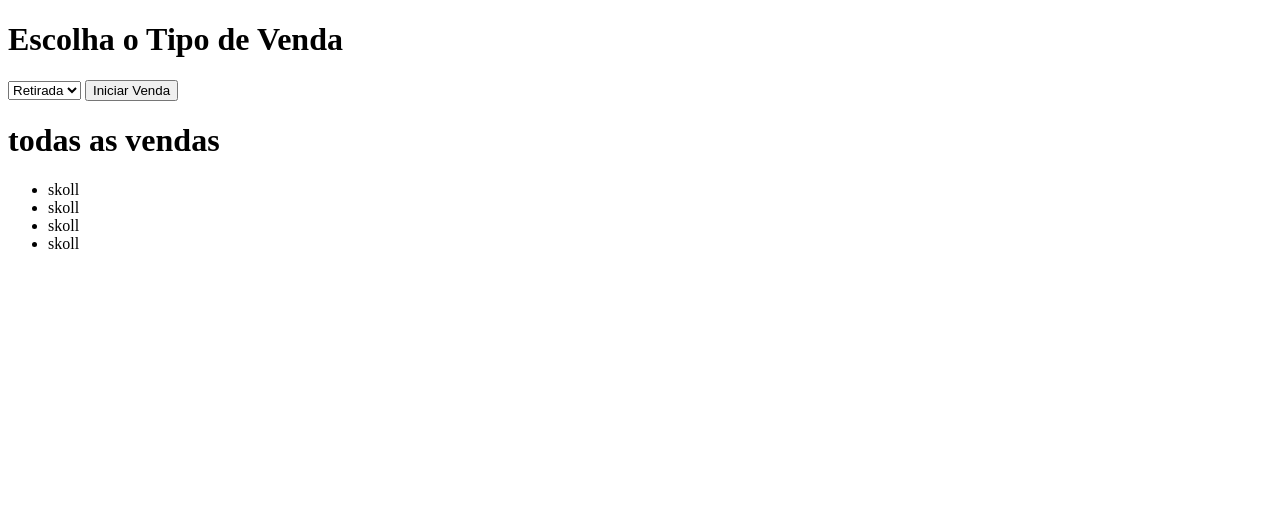
Repository: joaobatistafrontend/ven
Page: http://localhost/
An editor plug-in stored every save of this project. The page is shown before and after the next save, followed by the edit.
The browser window is 1280 px wide. The pictures show the whole page.
The page is served by the project's application, run on Django 4.2 (manage.py). Other server files are loaded and not shown. The page reads the database file committed with the project.

Above is the page before, as saved 2024-08-20 14:36:25.

### templates/index.html
<!DOCTYPE html>
<html lang="en">
<head>
    <meta charset="UTF-8">
    <meta name="viewport" content="width=device-width, initial-scale=1.0">
    <title>Document</title>
</head>
<body>
    <h1>Escolha o Tipo de Venda</h1>
    <form method="post">
        {% csrf_token %}
        <select name="tipo_venda">
            {% for tipo in tipo_venda %}
                <option value="{{ tipo.id }}">{{ tipo.tipo }}</option>
            {% endfor %}
        </select>
        <button type="submit">Iniciar Venda</button>
    </form>

    <h1>todas as vendas </h1>
    <ul>
        {% for venda in todas_vendas %}
            <li>{{venda.produto.nome_produto}}</li>
        {% endfor %}
    </ul>
</body>
</html>

### core/models.py
from django.db import models
from django.db.models.signals import pre_save
from django.dispatch import receiver
from datetime import date

class NovaCategoria(models.Model):
    nome = models.CharField(max_length=100)

    def __str__(self) -> str:
        return f'{self.nome}'



class TipoVenda(models.Model):  # Renomeado para seguir convenção de nomenclatura
    tipo = models.CharField(max_length=100, null=True, blank=True)

    def __str__(self):
        return self.tipo

class Produto(models.Model):
    nome_produto = models.CharField(max_length=100, blank=True, null=True)
    valor = models.DecimalField(max_digits=10, decimal_places=2, blank=True, null=True)
    tipo_categoria = models.ForeignKey(NovaCategoria, on_delete=models.CASCADE)

    def __str__(self):
        return f"{self.nome_produto} - {self.tipo_categoria.nome} - R${self.valor}"

class Carrinho(models.Model):
    produto = models.ForeignKey(Produto, on_delete=models.CASCADE)
    qtd = models.IntegerField(default=1)

    def __str__(self):
        return f"{self.produto.nome_produto} - {self.qtd} unidades"

class Venda(models.Model):
    # Campos do modelo
    tipo_venda = models.ForeignKey(TipoVenda, on_delete=models.CASCADE)
    data_venda = models.DateTimeField(auto_now_add=True)
    identificador_unico = models.AutoField(primary_key=True)  # Ou utilize 'id' se for o padrão

    def __str__(self):
        return str(self.identificador_unico)

class VendaDoProduto(models.Model):
    venda = models.ForeignKey(Venda, on_delete=models.CASCADE, related_name='itens')
    produto = models.ForeignKey(Produto, on_delete=models.CASCADE)
    qtd = models.IntegerField(blank=True, null=True)
    total = models.DecimalField(max_digits=10, decimal_places=2, blank=True, null=True)

    def __str__(self):
        return f"{self.produto.nome_produto} - {self.qtd} unidades - Total: R${self.total}"

@receiver(pre_save, sender=VendaDoProduto)
def update_total(sender, instance, **kwargs):
    if instance.produto.valor and instance.qtd:
        instance.total = instance.produto.valor.valor * instance.qtd
    else:
        instance.total = 0

class EntregaBairro(models.Model):
    bairro = models.CharField(max_length=100)
    valor = models.DecimalField(max_digits=10, decimal_places=2, blank=True, null=True)

    def __str__(self):
        return f'{self.bairro} - R${self.valor}'

class Entregador(models.Model):
    nome = models.CharField(max_length=100, null=True, blank=True)
    telefone = models.IntegerField(blank=True, null=True)
    veiculo = models.CharField(max_length=100, null=True, blank=True)
    placa = models.CharField(max_length=100, null=True, blank=True)

    def __str__(self):
        return f"{self.nome} - {self.veiculo} {self.placa}"

class Atendente(models.Model):
    nome = models.CharField(max_length=100, null=True, blank=True)

    def __str__(self):
        return f"{self.nome}"

class DadosEntrega(models.Model):
    venda = models.OneToOneField(Venda, on_delete=models.CASCADE)  # Associado a uma venda
    entregador = models.ForeignKey(Entregador, on_delete=models.CASCADE)
    bairroPadrao = models.ForeignKey(EntregaBairro, on_delete=models.CASCADE)
    nome_cliente = models.CharField(max_length=100, blank=True, null=True)
    telefone_cliente = models.IntegerField(blank=True, null=True)
    endereco = models.CharField(max_length=100, blank=True, null=True)
    pontoReferencia = models.CharField(max_length=100, blank=True, null=True)

    def __str__(self):
        return f"{self.entregador} - {self.bairroPadrao} - {self.nome_cliente}"

class DadosRetirada(models.Model):
    venda = models.OneToOneField(Venda, on_delete=models.CASCADE)  # Associado a uma venda
    nome_cliente = models.CharField(max_length=100, blank=True, null=True)
    telefone_cliente = models.IntegerField(blank=True, null=True)

    def __str__(self):
        return f"{self.nome_cliente} - {self.telefone_cliente}"

class DadosVendaLocal(models.Model):
    venda = models.OneToOneField(Venda, on_delete=models.CASCADE)  # Associado a uma venda
    vendedor = models.ForeignKey(Atendente, on_delete=models.CASCADE)
    numero_mesa = models.CharField(max_length=100, blank=True, null=True)

    def __str__(self):
        return f"{self.vendedor} - Mesa {self.numero_mesa}"

### core/views.py
from django.shortcuts import render, redirect, get_object_or_404
from django.views.generic import View
from .models import *
from .forms import *
from django.shortcuts import render

class Index(View):
    template_name = 'index.html'

    def get(self, request):
        tipo_venda = TipoVenda.objects.all()
        todas_vendas = VendaDoProduto.objects.all()
        return render(request, self.template_name, {'todas_vendas': todas_vendas, 'tipo_venda': tipo_venda})

    def post(self, request):
        tipo_venda_id = request.POST.get('tipo_venda')

        try:
            tipo_venda_id = int(tipo_venda_id)
        except (ValueError, TypeError):
            return redirect('index')

        print(f"Tipo Venda ID: {tipo_venda_id}")  # Debugging

        tipo_venda = get_object_or_404(TipoVenda, id=tipo_venda_id)

        # Criação de uma nova venda associada ao tipo de venda selecionado
        nova_venda = Venda.objects.create(tipo_venda=tipo_venda)

        # Redireciona para a página de adição de produtos com base no tipo de venda
        if tipo_venda.tipo == 'Entrega':
            form = VendaEntregaForm()
        elif tipo_venda.tipo == 'Retirada':
            form = VendaRetiradaForm()
        elif tipo_venda.tipo == 'Local':
            form = VendaLocalForm()

        # Depois de selecionar o tipo de venda, redirecionar para a adição de produtos
        return render(request, 'adicionar_produtos.html', {'form': form, 'venda': nova_venda})

class AdicionarProdutos(View):
    template_name = 'adicionar_produtos.html'

    def get(self, request, venda_id):
        produtos = Produto.objects.all()
        venda = get_object_or_404(Venda, id=venda_id)
        return render(request, self.template_name, {'produtos': produtos, 'venda': venda})

    def post(self, request, venda_id):
        venda = get_object_or_404(Venda, id=venda_id)

        # Adicionando produtos ao carrinho ou à venda
        produto_id = request.POST.get('produto_id')
        quantidade = int(request.POST.get('quantidade', 1))
        produto = get_object_or_404(Produto, id=produto_id)

        # Criar o item de venda
        VendaDoProduto.objects.create(venda=venda, produto=produto, qtd=quantidade, total=produto.valor * quantidade)

        # Redirecionar para a página de finalização da venda ou continuar adicionando produtos
        return redirect('finalizar_venda', venda_id=venda.id)

class FinalizarVenda(View):
    template_name = 'finalizar_venda.html'

    def get(self, request, venda_id):
        venda = get_object_or_404(Venda, id=venda_id)
        itens_venda = VendaDoProduto.objects.filter(venda=venda)
        return render(request, self.template_name, {'venda': venda, 'itens_venda': itens_venda})

    def post(self, request, venda_id):
        # Finalizar a venda e confirmar o pagamento
        venda = get_object_or_404(Venda, id=venda_id)
        venda.finalizada = True  # Definir um status, se necessário
        venda.save()

        return redirect('index')

### vendas/urls.py
from django.contrib import admin
from django.urls import path, include

urlpatterns = [
    path('admin/', admin.site.urls),
    path('',include('core.urls'))
]

### core/urls.py
from django.urls import path
from .views import *
urlpatterns = [
    path('', Index.as_view(), name='index'),  # A rota raiz aponta para a view Index
    path('adicionar_produtos/<int:venda_id>/', AdicionarProdutos.as_view(), name='adicionar_produtos'),
    path('finalizar_venda/<int:venda_id>/', FinalizarVenda.as_view(), name='finalizar_venda'),

]

### db.sqlite3 (the tables this page reads, as SQL)
CREATE TABLE "core_produto" ("id" integer NOT NULL PRIMARY KEY AUTOINCREMENT, "nome_produto" varchar(100) NULL, "tipo_categoria_id" bigint NOT NULL REFERENCES "core_novacategoria" ("id") DEFERRABLE INITIALLY DEFERRED, "valor" decimal NULL);
INSERT INTO "core_produto" VALUES
(1, 'skoll', 1, 7);

CREATE TABLE "core_tipovenda" ("id" integer NOT NULL PRIMARY KEY AUTOINCREMENT, "tipo" varchar(100) NULL);
INSERT INTO "core_tipovenda" VALUES
(1, 'Retirada'),
(2, 'Entrega'),
(3, 'Local');

CREATE TABLE "core_vendadoproduto" ("id" integer NOT NULL PRIMARY KEY AUTOINCREMENT, "qtd" integer NULL, "total" decimal NULL, "produto_id" bigint NOT NULL REFERENCES "core_produto" ("id") DEFERRABLE INITIALLY DEFERRED, "venda_id" integer NOT NULL REFERENCES "core_venda" ("identificador_unico") DEFERRABLE INITIALLY DEFERRED);
INSERT INTO "core_vendadoproduto" VALUES
(1, 12, 84, 1, 47),
(2, 12, 84, 1, 47),
(3, 12, 84, 1, 47),
(4, 1, 7, 1, 47);

After the next save:
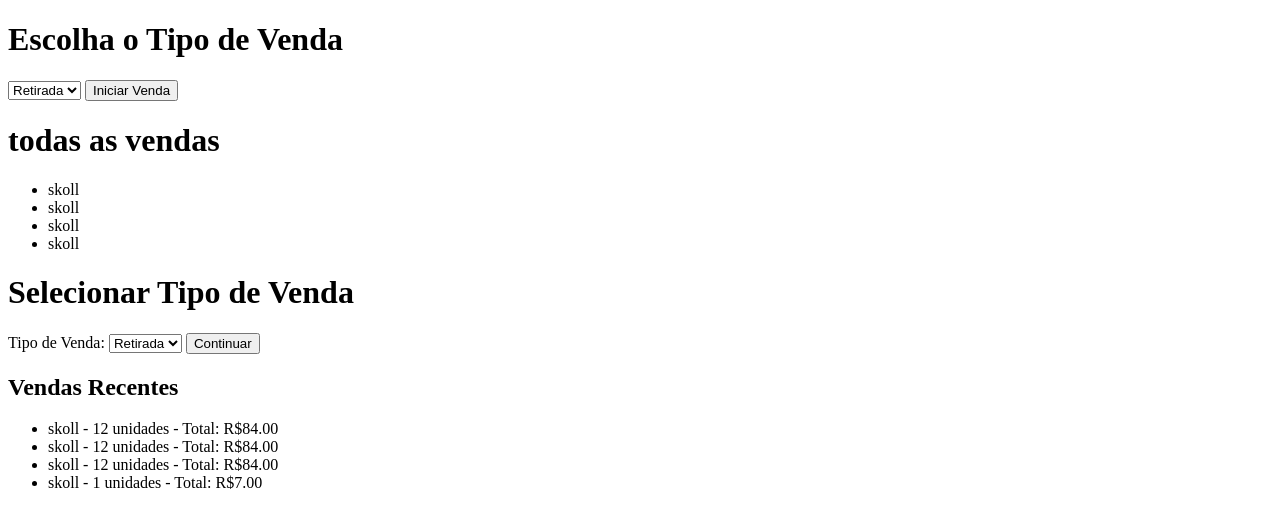
Saved 34 s later.
--- a/templates/index.html
+++ b/templates/index.html
@@ -25,3 +25,32 @@
     </ul>
 </body>
 </html>
+<!DOCTYPE html>
+<html lang="pt-BR">
+<head>
+    <meta charset="UTF-8">
+    <meta name="viewport" content="width=device-width, initial-scale=1.0">
+    <title>Selecionar Tipo de Venda</title>
+</head>
+<body>
+    <h1>Selecionar Tipo de Venda</h1>
+
+    <form method="post">
+        {% csrf_token %}
+        <label for="tipo_venda">Tipo de Venda:</label>
+        <select name="tipo_venda" id="tipo_venda">
+            {% for tipo in tipo_venda %}
+                <option value="{{ tipo.id }}">{{ tipo.tipo }}</option>
+            {% endfor %}
+        </select>
+        <button type="submit">Continuar</button>
+    </form>
+
+    <h2>Vendas Recentes</h2>
+    <ul>
+        {% for venda in todas_vendas %}
+            <li>{{ venda }}</li>
+        {% endfor %}
+    </ul>
+</body>
+</html>
